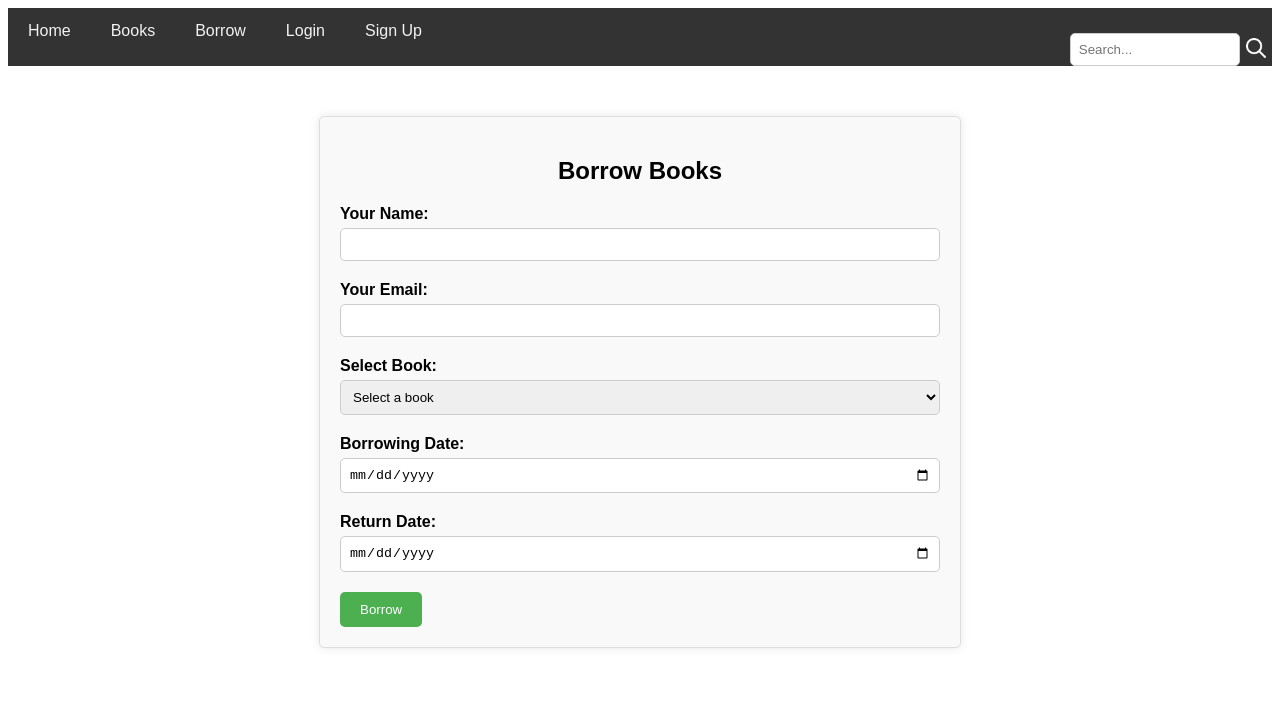
Repository: fadyesk12/Web-Technology-Course-Project
Page: borrow.html
The author's editor kept a copy of each file at every save. The page is drawn from the files as they stood at one save, then again after the next save.
The browser window is 1280 px wide. The pictures show the whole page.

Above is the page before, as saved 2024-04-19 02:35:06.

### borrow.html
<!DOCTYPE html>
<html lang="en">
<head>
<meta charset="UTF-8">
<meta name="viewport" content="width=device-width, initial-scale=1.0">
<title>Borrow Books</title>
<link rel="stylesheet" href="./Styling/borrow.css">
</head>
<body>
  <div id="navbar">
    <a href="./index.html">Home</a>
    <a href="./book_list.html">Books</a>
    <a href="./borrow.html">Borrow</a>
    <a href="./auth/login.html">Login</a>
    <a href="./auth/signup.html">Sign Up</a>
    <div class ="search">
      <form action="" method="get">
        <input type="text" placeholder="Search...">
        <button type="submit"><img src="./PICS/search.png"></button>
      </form>
    </div>
</div>

<div class="container">
  <h2>Borrow Books</h2>
  <form action="#" method="post">
    <div class="form-group">
      <label for="name">Your Name:</label>
      <input type="text" id="name" name="name" required>
    </div>
    <div class="form-group">
      <label for="email">Your Email:</label>
      <input type="email" id="email" name="email" required>
    </div>
    <div class="form-group">
      <label for="book">Select Book:</label>
      <select id="book" name="book" required>
        <option value="">Select a book</option>
        <option value="book1">Book 1</option>
        <option value="book2">Book 2</option>
        <option value="book3">Book 3</option>
        <!-- Add more books as needed -->
      </select>
    </div>
    <div class="form-group">
      <label for="borrow-date">Borrowing Date:</label>
      <input type="date" id="borrow-date" name="borrow-date" required>
    </div>
    <div class="form-group">
      <label for="return-date">Return Date:</label>
      <input type="date" id="return-date" name="return-date" required>
    </div>
    <input type="submit" value="Borrow">
  </form>
</div>

</body>
</html>

### Styling/borrow.css
#navbar {
    overflow: hidden;
    background-color: #333;
}

#navbar a {
    float: left;
    display: block;
    color: #f2f2f2;
    text-align: center;
    padding: 14px 20px;
    text-decoration: none;
}

#navbar a:hover {
    background-color: #ddd;
    color: black;
}

body {
   font-family: Arial, sans-serif;
}

 .container {
   max-width: 600px;
   margin: 50px auto;
   padding: 20px;
   border: 1px solid #ddd;
   border-radius: 5px;
   background-color: #f9f9f9;
   box-shadow: 0 0 10px rgba(0, 0, 0, 0.1);
 }

 .form-group {
   margin-bottom: 20px;
 }

 label {
   display: block;
   font-weight: bold;
   margin-bottom: 5px;
 }

 h1, h2 {
    text-align: center;
  }

  form {
    margin-top: 20px;
  }


 input[type="text"],
 input[type="email"],
 input[type="date"],
 select {
   width: 100%;
   padding: 8px;
   border: 1px solid #ccc;
   border-radius: 5px;
   box-sizing: border-box;
 }

 input[type="submit"] {
   background-color: #4CAF50;
   color: white;
   padding: 10px 20px;
   border: none;
   border-radius: 5px;
   cursor: pointer;
 }

 input[type="submit"]:hover {
   background-color: #45a049;
 }

 .search{
 margin-top: 5px;
 float:right;
 }

.search input{
 width:75%;
 }

.search img{
 width: 20px;
 }

.search button{
 background-color: #333;
 border: 0;
 }

 .search form{
     display: flex;
     align-items: center;
     justify-content: right;
   }

After the next save:
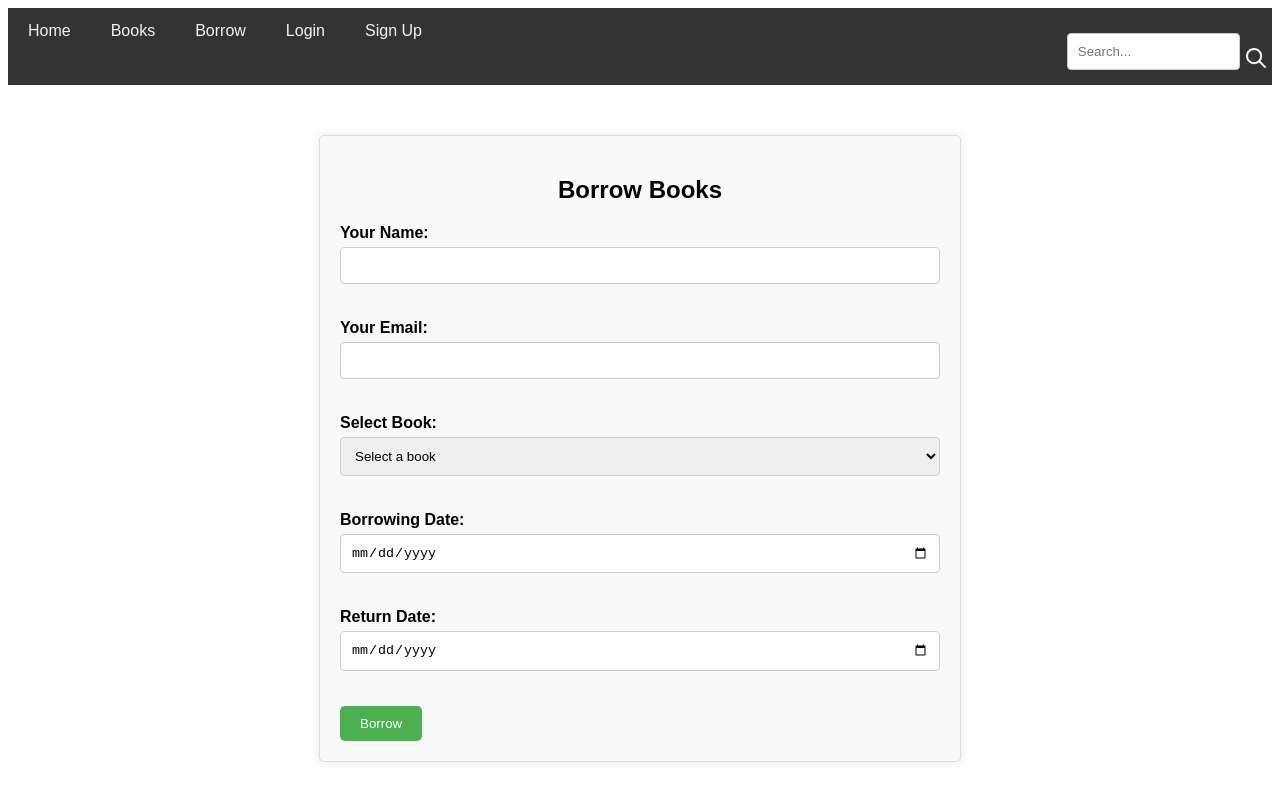
Saved 28 s later.
--- a/Styling/borrow.css
+++ b/Styling/borrow.css
@@ -54,11 +54,12 @@ body {
  input[type="email"],
  input[type="date"],
  select {
-   width: 100%;
-   padding: 8px;
-   border: 1px solid #ccc;
-   border-radius: 5px;
-   box-sizing: border-box;
+    width: 100%;
+    padding: 10px;
+    margin-bottom: 15px;
+    border: 1px solid #ccc;
+    border-radius: 4px;
+    box-sizing: border-box;
  }
 
  input[type="submit"] {
